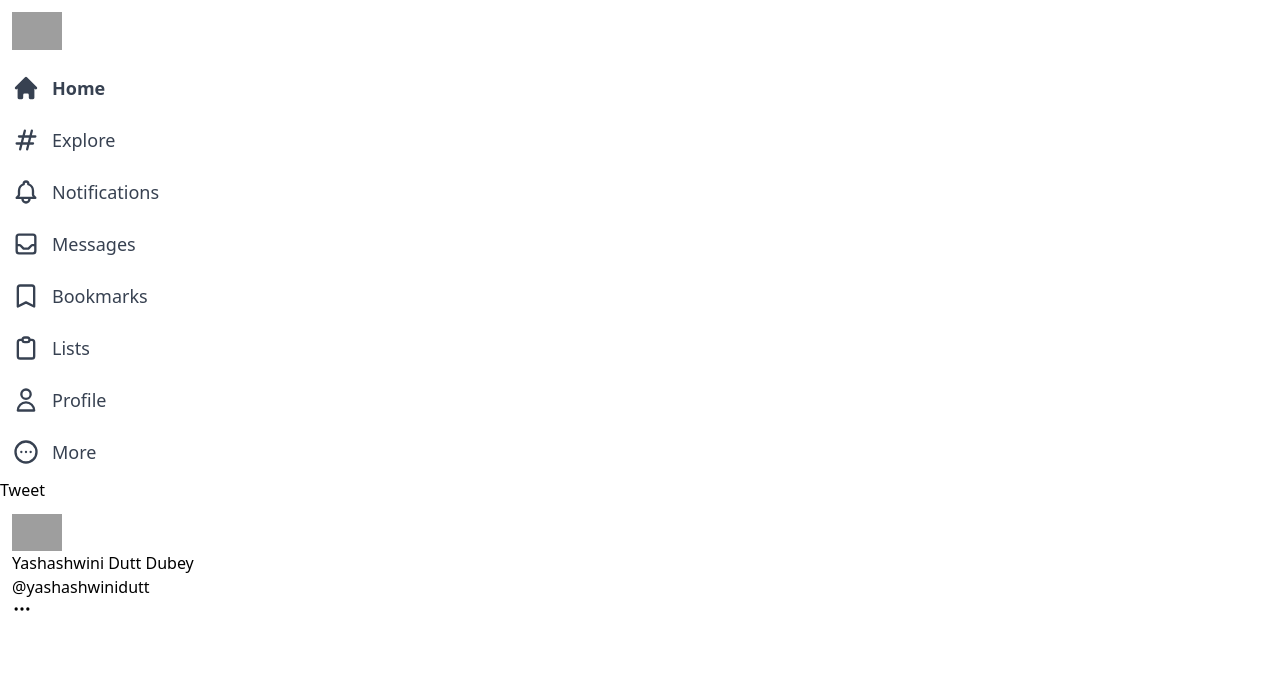
Repository: Yashashwinidutt/twitter
Page: /
The author's editor kept a copy of each file at every save. The page is drawn from the files as they stood at one save, then again after the next save.
The browser window is 1280 px wide. The pictures show the whole page.
Pictures or frames that could not be fetched are drawn as grey boxes. The project was rebuilt for these pictures with package versions that can differ from the ones it lists, and the page was loaded fresh each time. The framework's server and built-in components were replaced by stand-ins that run in the browser. Also part of the build but not shown: next.config.js.

Above is the page before, as saved 2023-02-27 13:02:02.

### pages/_app.js
import '@/component/component/styles/globals.css'

export default function App({ Component, pageProps }) {
  return <Component {...pageProps} />
}

### pages/index.js
import Head from 'next/head'
import Sidebar from '../components/Sidebar'

export default function Home() {
  return (
    <div>
      <Head>
        <title>Twitter Clone</title>
        <meta name="description" content="Generated by create next app" />
        <meta name="viewport" content="width=device-width, initial-scale=1" />
        <link rel="icon" href="/favicon.ico" />
      </Head>

      <main>

        {/*Sidebar*/}
        <Sidebar/>

        {/*Feed*/}

        {/*Widgets*/}

        {/*Modal*/}

      </main>

    </div>
  )
}

### styles/globals.css
@tailwind base;
@tailwind components;
@tailwind utilities;

@layer components{
    .hoverEffect{
        @apply cursor-pointer hover:bg-gray-200 rounded-full w-[52px] xl:w-auto h-[52px] xl:h-auto xl:p-3
    }
}

### components/Sidebar.js
import Image from "next/image";
import SidebarMenuItem from "./SidebarMenuItem";
import {HomeIcon} from "@heroicons/react/solid"
import {HashtagIcon} from "@heroicons/react/outline"
import {BellIcon} from "@heroicons/react/outline"
import {InboxIcon} from "@heroicons/react/outline"
import {BookmarkIcon} from "@heroicons/react/outline"
import {ClipboardIcon} from "@heroicons/react/outline"
import {UserIcon} from "@heroicons/react/outline"
import {DotsCircleHorizontalIcon} from "@heroicons/react/outline"
import {DotsHorizontalIcon} from "@heroicons/react/outline"
export default function Sidebar() {
  return (
    <div>
        {/*Twitter logo*/}
        <div className="hoverEffect">
          <Image width="50" height="50" src="https://upload.wikimedia.org/wikipedia/commons/thumb/4/4f/Twitter-logo.svg/800px-Twitter-logo.svg.png" alt="error"></Image>
        </div>
        {/*Menu*/}
        <div className="">
          <SidebarMenuItem  text="Home" Icon={HomeIcon} active/>
          <SidebarMenuItem  text="Explore" Icon={HashtagIcon}/>
          <SidebarMenuItem  text="Notifications" Icon={BellIcon} />
          <SidebarMenuItem  text="Messages" Icon={InboxIcon}/>
          <SidebarMenuItem  text="Bookmarks" Icon={BookmarkIcon}/>
          <SidebarMenuItem  text="Lists" Icon={ClipboardIcon}/>
          <SidebarMenuItem  text="Profile" Icon={UserIcon}/>
          <SidebarMenuItem  text="More" Icon={DotsCircleHorizontalIcon}/>
        </div>

        {/*Button*/}
        <button>Tweet</button>

        {/*Mini-Profile*/}
        <div className="hoverEffect">
          <Image width="50" height="50" src="https://cdn.shopify.com/s/files/1/0467/5878/9279/products/2_da0f83d1-d83f-4209-836e-306ddbbd7845.jpg" alt="error"/>
          <div className="">
                <h4>Yashashwini Dutt Dubey</h4>
                <p>
                  @yashashwinidutt
                </p>
                <DotsHorizontalIcon className="h-5"/>
          </div>
        </div>
    </div>
  )
}

### components/SidebarMenuItem.js

export default function SidebarMenuItem({text, Icon, active}) {
  return (
    <div className="hoverEffect flex items-center text-gray-700 justify-center xl:justify-start text-lg space-x-3">
        <Icon className="h-7"/>
        <span className={`${active && "font-bold"} hidden xl:inline`}>{text}</span>
    </div>
  )
}

Loaded but not shown: pages/_document.js (common file); tailwind.config.js (common file)

After the next save:
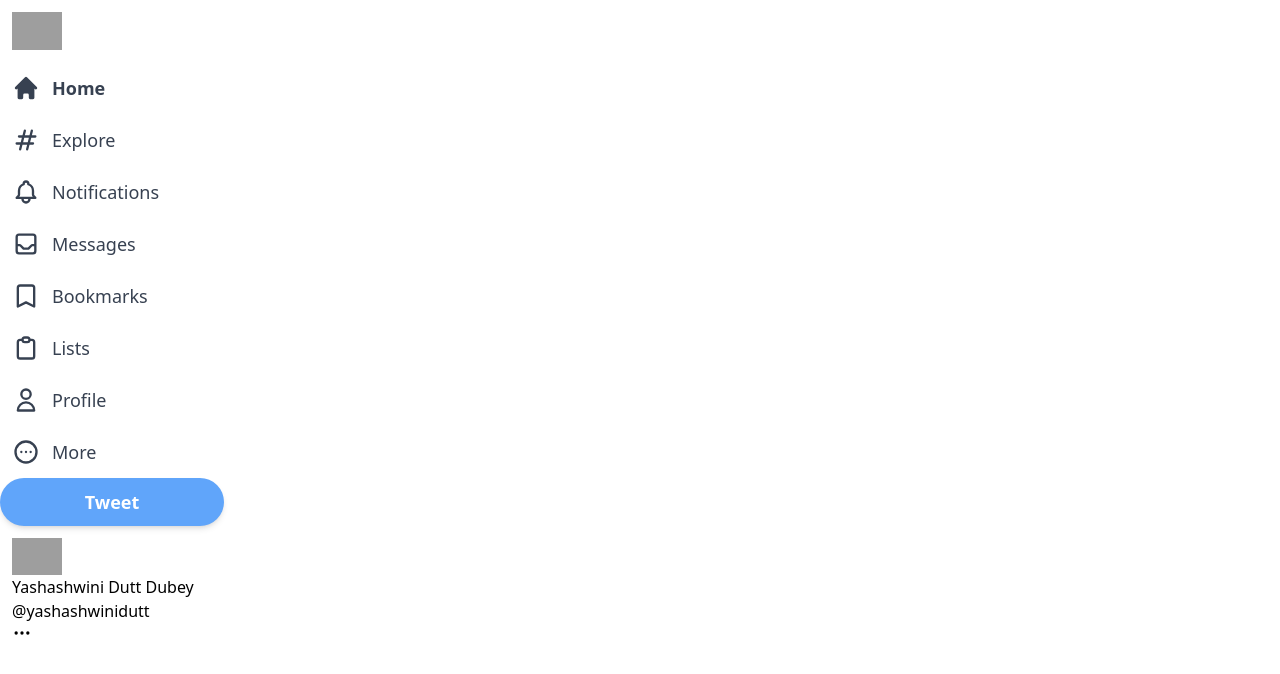
Saved 2 min 52 s later.
--- a/components/Sidebar.js
+++ b/components/Sidebar.js
@@ -29,7 +29,8 @@
         </div>
 
         {/*Button*/}
-        <button>Tweet</button>
+        <button className="bg-blue-400 text-white rounded-full w-56 h-12 font-bold shadow-md hover:brightness-95 text-lg hidden xl:inline
+        ">Tweet</button>
 
         {/*Mini-Profile*/}
         <div className="hoverEffect">
